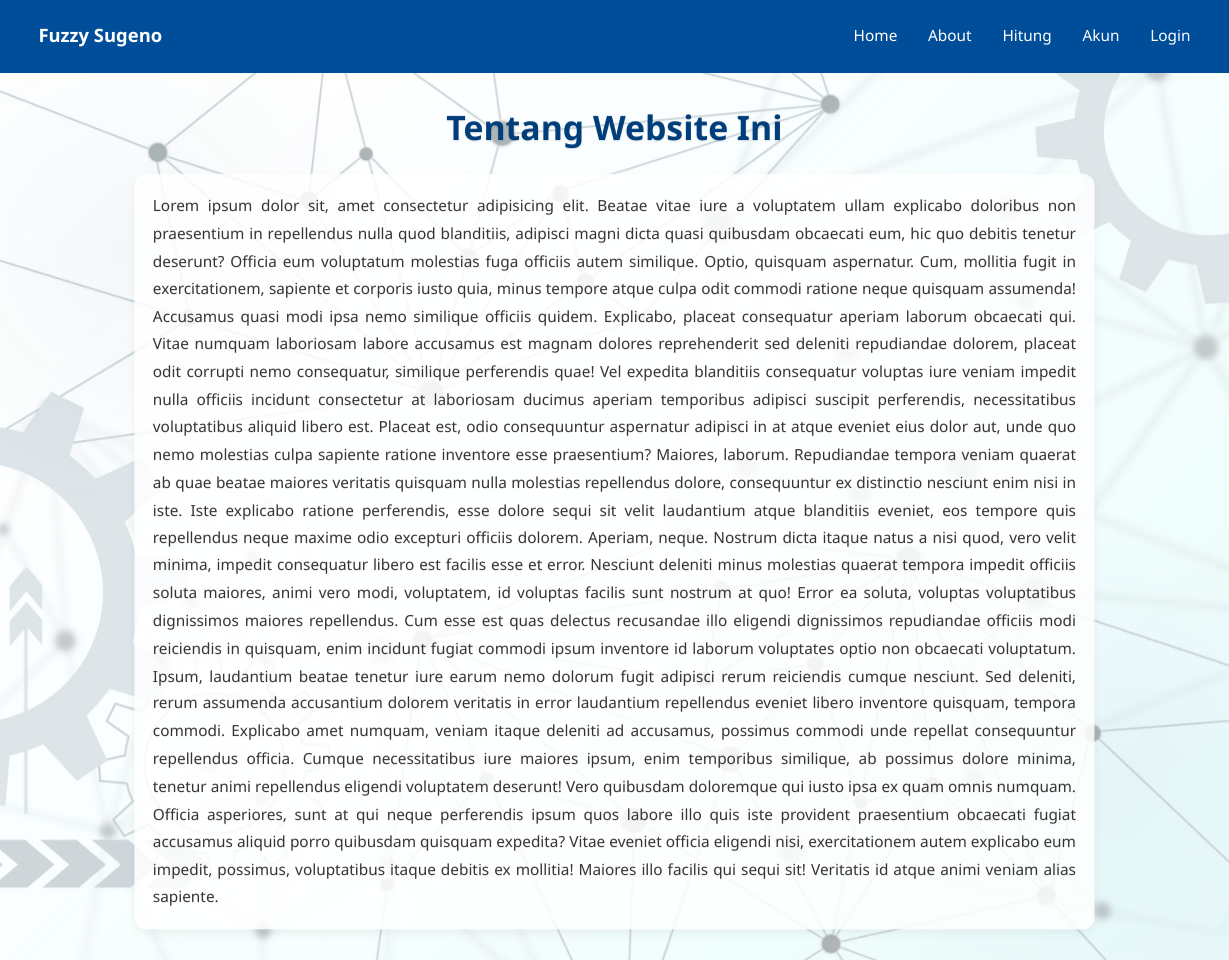
Repository: Senicccc/Defuzzy-Sugeno
Page: http://localhost/php/about.php
The author's editor kept a copy of each file at every save. The page is drawn from the files as they stood at one save, then again after the next save.
The browser window is 1280 px wide. The pictures show the whole page, at 96% of full size.
The page is run by PHP 8.4 with error messages shown; the project is at /var/www/html/.

Above is the page before, as saved 2025-06-09 11:23:12.

### php/about.php
<!DOCTYPE html>
<html lang="id">

<head>
    <meta charset="UTF-8" />
    <meta name="viewport" content="width=device-width, initial-scale=1.0" />
    <title>Fuzzy Sugeno - About</title>
    <link rel="icon" href="img/favicon.png" type="image/png">
    <link rel="stylesheet" href="../css/about.css">
</head>

<body>

    <?php
    require_once 'header.php';
    ?>

    <section class="hero" style="background: url('../img/menu-bg.jpg') center center/cover no-repeat;">
        <h1>Tentang Website Ini</h1>
        <p>Lorem ipsum dolor sit, amet consectetur adipisicing elit. Beatae vitae iure a voluptatem ullam explicabo
            doloribus non praesentium in repellendus nulla quod blanditiis, adipisci magni dicta quasi quibusdam
            obcaecati eum, hic quo debitis tenetur deserunt? Officia eum voluptatum molestias fuga officiis autem
            similique. Optio, quisquam aspernatur. Cum, mollitia fugit in exercitationem, sapiente et corporis iusto
            quia, minus tempore atque culpa odit commodi ratione neque quisquam assumenda! Accusamus quasi modi ipsa
            nemo similique officiis quidem. Explicabo, placeat consequatur aperiam laborum obcaecati qui. Vitae numquam
            laboriosam labore accusamus est magnam dolores reprehenderit sed deleniti repudiandae dolorem, placeat odit
            corrupti nemo consequatur, similique perferendis quae! Vel expedita blanditiis consequatur voluptas iure
            veniam impedit nulla officiis incidunt consectetur at laboriosam ducimus aperiam temporibus adipisci
            suscipit perferendis, necessitatibus voluptatibus aliquid libero est. Placeat est, odio consequuntur
            aspernatur adipisci in at atque eveniet eius dolor aut, unde quo nemo molestias culpa sapiente ratione
            inventore esse praesentium? Maiores, laborum. Repudiandae tempora veniam quaerat ab quae beatae maiores
            veritatis quisquam nulla molestias repellendus dolore, consequuntur ex distinctio nesciunt enim nisi in
            iste. Iste explicabo ratione perferendis, esse dolore sequi sit velit laudantium atque blanditiis eveniet,
            eos tempore quis repellendus neque maxime odio excepturi officiis dolorem. Aperiam, neque. Nostrum dicta
            itaque natus a nisi quod, vero velit minima, impedit consequatur libero est facilis esse et error. Nesciunt
            deleniti minus molestias quaerat tempora impedit officiis soluta maiores, animi vero modi, voluptatem, id
            voluptas facilis sunt nostrum at quo! Error ea soluta, voluptas voluptatibus dignissimos maiores
            repellendus. Cum esse est quas delectus recusandae illo eligendi dignissimos repudiandae officiis modi
            reiciendis in quisquam, enim incidunt fugiat commodi ipsum inventore id laborum voluptates optio non
            obcaecati voluptatum. Ipsum, laudantium beatae tenetur iure earum nemo dolorum fugit adipisci rerum
            reiciendis cumque nesciunt. Sed deleniti, rerum assumenda accusantium dolorem veritatis in error laudantium
            repellendus eveniet libero inventore quisquam, tempora commodi. Explicabo amet numquam, veniam itaque
            deleniti ad accusamus, possimus commodi unde repellat consequuntur repellendus officia. Cumque
            necessitatibus iure maiores ipsum, enim temporibus similique, ab possimus dolore minima, tenetur animi
            repellendus eligendi voluptatem deserunt! Vero quibusdam doloremque qui iusto ipsa ex quam omnis numquam.
            Officia asperiores, sunt at qui neque perferendis ipsum quos labore illo quis iste provident praesentium
            obcaecati fugiat accusamus aliquid porro quibusdam quisquam expedita? Vitae eveniet officia eligendi nisi,
            exercitationem autem explicabo eum impedit, possimus, voluptatibus itaque debitis ex mollitia! Maiores illo
            facilis qui sequi sit! Veritatis id atque animi veniam alias sapiente.</p>
    </section>

</body>

</html>

### php/header.php
<!DOCTYPE html>
<html lang="id">

<head>
    <meta charset="UTF-8" />
    <meta name="viewport" content="width=device-width, initial-scale=1.0" />
    <title>Fuzzy Sugeno - Produksi</title>
    <link rel="stylesheet" href="https://cdnjs.cloudflare.com/ajax/libs/font-awesome/6.0.0/css/all.min.css">

    <style>
    * {
        margin: 0;
        padding: 0;
        box-sizing: border-box;
        font-family: 'Segoe UI', Tahoma, Geneva, Verdana, sans-serif;
    }

    body {
        background: #f0f4f8;
        color: #333;
    }

    nav {
        background-color: #004d99;
        position: sticky;
        top: 0;
        z-index: 1000;
        padding: 1.4rem 2.4rem;
    }

    .nav-container {
        display: flex;
        justify-content: space-between;
        align-items: center;
        max-width: 1200px;
        margin: 0 auto;
        flex-wrap: wrap;
    }

    .logo {
        color: white;
        font-weight: 800;
        font-size: larger;
    }

    .nav-links {
        display: flex;
        gap: 2rem;
    }

    .nav-links a {
        text-decoration: none;
        color: white;
        font-weight: 500;
        font-size: 1rem;
        transition: color 0.3s;
    }

    .nav-links a:hover {
        color: #ffcc00;
    }

    .burger {
        display: none;
        font-size: 1.5rem;
        color: white;
        cursor: pointer;
        padding: 0.5rem;
    }

    @media (max-width: 768px) {
        .nav-links {
            display: none;
            flex-direction: column;
            background-color: #004d99;
            width: 100%;
            text-align: center;
            margin-top: 1rem;
            padding-bottom: 1rem;
            gap: 1rem;
            order: 1;
        }

        .nav-links.active {
            display: flex;
        }

        .burger {
            display: block;
            margin-left: auto;
        }

        nav {
            padding: 0.75rem 1.5rem;
        }
    }
    </style>
</head>

<body>

    <nav>
        <div class="nav-container">
            <div class="logo">Fuzzy Sugeno</div>
            <div class="burger" id="burger"><i class="fas fa-bars"></i></div>
            <div class="nav-links" id="navLinks">
                <a href="../index.php">Home</a>
                <a href="about.php">About</a>
                <a href="form.php">Hitung</a>
                <a href="account.php">Akun</a>
                <?php if (isset($_SESSION['user_id'])): ?>
                <a href="logout.php">Logout</a>
                <?php else: ?>
                <a href="login.php">Login</a>
                <?php endif; ?>
            </div>
        </div>
    </nav>

    <script>
    const burger = document.getElementById('burger');
    const navLinks = document.getElementById('navLinks');

    burger.addEventListener('click', () => {
        navLinks.classList.toggle('active');
    });
    </script>

</body>

</html>

### css/about.css
/* Reset dan Font */
* {
  margin: 0;
  padding: 0;
  box-sizing: border-box;
  font-family: "Segoe UI", Tahoma, Geneva, Verdana, sans-serif;
}

/* Body */
body {
  background: linear-gradient(135deg, #ffffff 0%, #f5f5f5 100%);
  color: #333;
  min-height: 100vh;
  line-height: 1.6;
}

/* Hero Section */
.hero {
  position: relative;
  display: flex;
  flex-direction: column;
  justify-content: center;
  align-items: center;
  text-align: justify;
  min-height: calc(100vh - 80px);
  padding: 2rem;
  backdrop-filter: blur(2px);
  box-shadow: inset 0 0 0 2000px rgba(255, 255, 255, 0.2);
  animation: fadeIn 0.8s ease-out forwards;
}

/* Pola Lingkaran di Atas Background Gambar */
.hero::before {
  content: "";
  position: absolute;
  top: 0;
  left: 0;
  right: 0;
  bottom: 0;
  z-index: 0;
  background-image:
    radial-gradient(circle at 10% 20%, rgba(0, 77, 153, 0.04) 0%, transparent 20%),
    radial-gradient(circle at 90% 80%, rgba(0, 77, 153, 0.04) 0%, transparent 20%);
  pointer-events: none;
}

/* Supaya konten tetap di atas pola */
.hero > * {
  position: relative;
  z-index: 1;
}

/* Judul */
.hero h1 {
  font-size: 2.2rem;
  font-weight: 800;
  color: #003e7b;
  margin-bottom: 1.5rem;
  max-width: 900px;
  line-height: 1.4;
  text-shadow: 0 1px 2px rgba(0, 0, 0, 0.1);
  text-align: center;
}

/* Paragraf */
.hero p {
  max-width: 1000px;
  font-size: 1rem;
  color: #333;
  background-color: rgba(255, 255, 255, 0.85);
  padding: 1.2rem;
  border-radius: 12px;
  box-shadow: 0 4px 10px rgba(0, 0, 0, 0.05);
  line-height: 1.8;
  text-align: justify;
}

/* Responsif */
@media (max-width: 768px) {
  .hero {
    padding: 1.5rem 1rem;
    min-height: calc(100vh - 60px);
  }

  .hero h1 {
    font-size: 1.6rem;
  }

  .hero p {
    font-size: 0.95rem;
    padding: 1rem;
  }
}

@media (max-width: 480px) {
  .hero h1 {
    font-size: 1.3rem;
  }

  .hero p {
    font-size: 0.9rem;
    padding: 0.8rem;
  }
}

/* Animasi Muncul */
@keyframes fadeIn {
  from {
    opacity: 0;
    transform: translateY(20px);
  }
  to {
    opacity: 1;
    transform: translateY(0);
  }
}

After the next save:
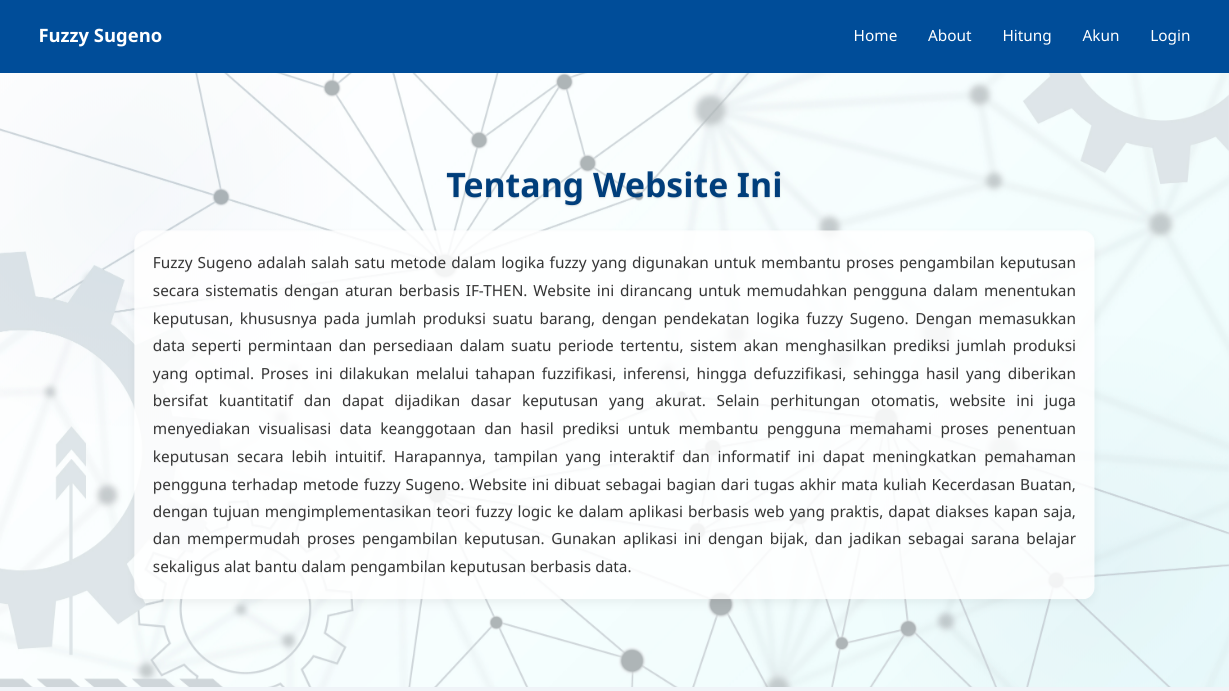
Saved 6 min 10 s later.
--- a/php/about.php
+++ b/php/about.php
@@ -17,36 +17,26 @@
 
     <section class="hero" style="background: url('../img/menu-bg.jpg') center center/cover no-repeat;">
         <h1>Tentang Website Ini</h1>
-        <p>Lorem ipsum dolor sit, amet consectetur adipisicing elit. Beatae vitae iure a voluptatem ullam explicabo
-            doloribus non praesentium in repellendus nulla quod blanditiis, adipisci magni dicta quasi quibusdam
-            obcaecati eum, hic quo debitis tenetur deserunt? Officia eum voluptatum molestias fuga officiis autem
-            similique. Optio, quisquam aspernatur. Cum, mollitia fugit in exercitationem, sapiente et corporis iusto
-            quia, minus tempore atque culpa odit commodi ratione neque quisquam assumenda! Accusamus quasi modi ipsa
-            nemo similique officiis quidem. Explicabo, placeat consequatur aperiam laborum obcaecati qui. Vitae numquam
-            laboriosam labore accusamus est magnam dolores reprehenderit sed deleniti repudiandae dolorem, placeat odit
-            corrupti nemo consequatur, similique perferendis quae! Vel expedita blanditiis consequatur voluptas iure
-            veniam impedit nulla officiis incidunt consectetur at laboriosam ducimus aperiam temporibus adipisci
-            suscipit perferendis, necessitatibus voluptatibus aliquid libero est. Placeat est, odio consequuntur
-            aspernatur adipisci in at atque eveniet eius dolor aut, unde quo nemo molestias culpa sapiente ratione
-            inventore esse praesentium? Maiores, laborum. Repudiandae tempora veniam quaerat ab quae beatae maiores
-            veritatis quisquam nulla molestias repellendus dolore, consequuntur ex distinctio nesciunt enim nisi in
-            iste. Iste explicabo ratione perferendis, esse dolore sequi sit velit laudantium atque blanditiis eveniet,
-            eos tempore quis repellendus neque maxime odio excepturi officiis dolorem. Aperiam, neque. Nostrum dicta
-            itaque natus a nisi quod, vero velit minima, impedit consequatur libero est facilis esse et error. Nesciunt
-            deleniti minus molestias quaerat tempora impedit officiis soluta maiores, animi vero modi, voluptatem, id
-            voluptas facilis sunt nostrum at quo! Error ea soluta, voluptas voluptatibus dignissimos maiores
-            repellendus. Cum esse est quas delectus recusandae illo eligendi dignissimos repudiandae officiis modi
-            reiciendis in quisquam, enim incidunt fugiat commodi ipsum inventore id laborum voluptates optio non
-            obcaecati voluptatum. Ipsum, laudantium beatae tenetur iure earum nemo dolorum fugit adipisci rerum
-            reiciendis cumque nesciunt. Sed deleniti, rerum assumenda accusantium dolorem veritatis in error laudantium
-            repellendus eveniet libero inventore quisquam, tempora commodi. Explicabo amet numquam, veniam itaque
-            deleniti ad accusamus, possimus commodi unde repellat consequuntur repellendus officia. Cumque
-            necessitatibus iure maiores ipsum, enim temporibus similique, ab possimus dolore minima, tenetur animi
-            repellendus eligendi voluptatem deserunt! Vero quibusdam doloremque qui iusto ipsa ex quam omnis numquam.
-            Officia asperiores, sunt at qui neque perferendis ipsum quos labore illo quis iste provident praesentium
-            obcaecati fugiat accusamus aliquid porro quibusdam quisquam expedita? Vitae eveniet officia eligendi nisi,
-            exercitationem autem explicabo eum impedit, possimus, voluptatibus itaque debitis ex mollitia! Maiores illo
-            facilis qui sequi sit! Veritatis id atque animi veniam alias sapiente.</p>
+        <p>Fuzzy Sugeno adalah salah satu metode dalam logika fuzzy yang digunakan untuk membantu proses pengambilan
+            keputusan secara sistematis dengan aturan berbasis IF-THEN. Website ini dirancang untuk memudahkan pengguna
+            dalam menentukan keputusan, khususnya pada jumlah produksi suatu barang, dengan pendekatan logika fuzzy
+            Sugeno.
+
+            Dengan memasukkan data seperti permintaan dan persediaan dalam suatu periode tertentu, sistem akan
+            menghasilkan prediksi jumlah produksi yang optimal. Proses ini dilakukan melalui tahapan fuzzifikasi,
+            inferensi, hingga defuzzifikasi, sehingga hasil yang diberikan bersifat kuantitatif dan dapat dijadikan
+            dasar keputusan yang akurat.
+
+            Selain perhitungan otomatis, website ini juga menyediakan visualisasi data keanggotaan dan hasil prediksi
+            untuk membantu pengguna memahami proses penentuan keputusan secara lebih intuitif. Harapannya, tampilan yang
+            interaktif dan informatif ini dapat meningkatkan pemahaman pengguna terhadap metode fuzzy Sugeno.
+
+            Website ini dibuat sebagai bagian dari tugas akhir mata kuliah Kecerdasan Buatan, dengan tujuan
+            mengimplementasikan teori fuzzy logic ke dalam aplikasi berbasis web yang praktis, dapat diakses kapan saja,
+            dan mempermudah proses pengambilan keputusan.
+
+            Gunakan aplikasi ini dengan bijak, dan jadikan sebagai sarana belajar sekaligus alat bantu dalam pengambilan
+            keputusan berbasis data.</p>
     </section>
 
 </body>
